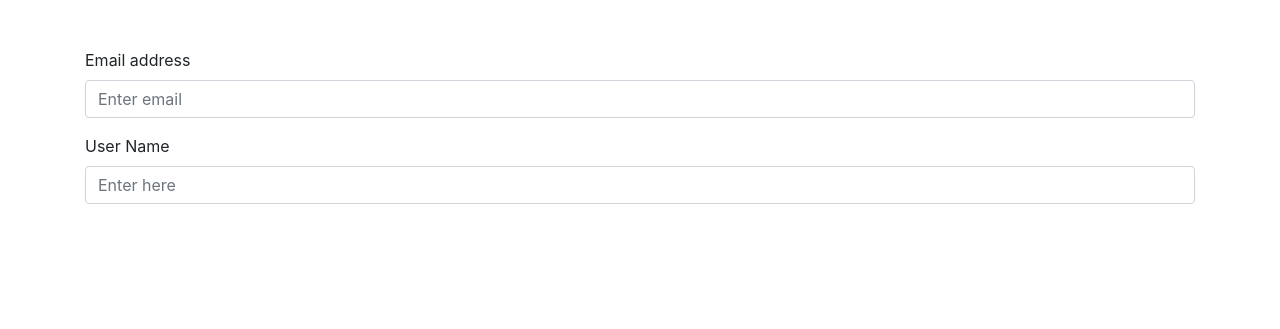
Repository: priyaadya/spring-practice-codes
Page: http://localhost/mvcspring/contact
The author's editor kept a copy of each file at every save. The page is drawn from the files as they stood at one save, then again after the next save.
The browser window is 1280 px wide. The pictures show the whole page.
Some web libraries are served in a nearby version. The page is served by Tomcat 9. Other server files are loaded and not shown.

Above is the page before, as saved 2023-06-04 05:49:39.

### mvcspring/src/main/webapp/WEB-INF/spring-servlet.xml
<?xml version="1.0" encoding="UTF-8"?>
<beans xmlns="http://www.springframework.org/schema/beans"
       xmlns:xsi="http://www.w3.org/2001/XMLSchema-instance"
       xmlns:p="http://www.springframework.org/schema/p"
       xmlns:context="http://www.springframework.org/schema/context"
       xsi:schemaLocation="http://www.springframework.org/schema/beans
            http://www.springframework.org/schema/beans/spring-beans.xsd
            http://www.springframework.org/schema/context
            http://www.springframework.org/schema/context/spring-context-3.0.xsd">


            <context:component-scan base-package="mvcspring"></context:component-scan>

            <bean class="org.springframework.web.servlet.view.InternalResourceViewResolver" name="viewResolver">
            <property name="prefix" value="/WEB-INF/views/"></property>
            <property name="suffix" value=".jsp"></property>
            </bean>





</beans>

### mvcspring/src/main/webapp/WEB-INF/views/contact.jsp
<%@ page language="java" contentType="text/html; charset=ISO-8859-1"
    pageEncoding="ISO-8859-1"%>
<!doctype html>
<html lang="en">
  <head>
    <!-- Required meta tags -->
    <meta charset="utf-8">
    <meta name="viewport" content="width=device-width, initial-scale=1, shrink-to-fit=no">

    <!-- Bootstrap CSS -->
    <link rel="stylesheet" href="https://cdn.jsdelivr.net/npm/bootstrap@4.0.0/dist/css/bootstrap.min.css" integrity="sha384-Gn5384xqQ1aoWXA+058RXPxPg6fy4IWvTNh0E263XmFcJlSAwiGgFAW/dAiS6JXm" crossorigin="anonymous">

    <title>Hello, world!</title>
  </head>
  <body>

<div class="container mt-5">
<form>

  <div class="form-group">
    <label for="exampleInputEmail1">Email address</label>
    <input type="email" class="form-control" id="exampleInputEmail1" aria-describedby="emailHelp" placeholder="Enter email">
  </div>
<div class="form-group">
    <label for="userName">User Name</label>
    <input type="text" class="form-control" id="userName" placeholder="Enter here">
  </div>

</form>
</div>


    <!-- Optional JavaScript -->
    <!-- jQuery first, then Popper.js, then Bootstrap JS -->
    <script src="https://code.jquery.com/jquery-3.2.1.slim.min.js" integrity="sha384-KJ3o2DKtIkvYIK3UENzmM7KCkRr/rE9/Qpg6aAZGJwFDMVNA/GpGFF93hXpG5KkN" crossorigin="anonymous"></script>
    <script src="https://cdn.jsdelivr.net/npm/popper.js@1.12.9/dist/umd/popper.min.js" integrity="sha384-ApNbgh9B+Y1QKtv3Rn7W3mgPxhU9K/ScQsAP7hUibX39j7fakFPskvXusvfa0b4Q" crossorigin="anonymous"></script>
    <script src="https://cdn.jsdelivr.net/npm/bootstrap@4.0.0/dist/js/bootstrap.min.js" integrity="sha384-JZR6Spejh4U02d8jOt6vLEHfe/JQGiRRSQQxSfFWpi1MquVdAyjUar5+76PVCmYl" crossorigin="anonymous"></script>
  </body>
</html>

### mvcspring/src/main/java/mvcspring/controller/ContactController.java
package mvcspring;

import org.springframework.stereotype.Controller;
import org.springframework.web.bind.annotation.RequestMapping;


@Controller
public class ContactController {

	@RequestMapping("/contact")
	public String showForm() {
		return "contact";

	}

}

### mvcspring/src/main/java/mvcspring/controller/HomeController.java
package mvcspring;

import java.time.LocalDateTime;
import java.util.ArrayList;
import java.util.List;

import org.springframework.stereotype.Controller;
import org.springframework.ui.Model;
import org.springframework.web.bind.annotation.RequestMapping;
import org.springframework.web.bind.annotation.RequestMethod;
import org.springframework.web.servlet.ModelAndView;

@Controller
@RequestMapping(path="/home",method=RequestMethod.GET)
public class HomeController {


	@RequestMapping("/home")
	public String home(Model model)
	{
		System.out.println("this is home url");
		model.addAttribute("name", "priya");
		model.addAttribute("id", 1234);
		List<String> friends=new ArrayList<String>();
		friends.add("arya");
		friends.add("avi");
		friends.add("sharan");
		friends.add("punit");

		model.addAttribute("f", friends);
		return "index";
	}

	@RequestMapping("/about")
	public String about() {
		System.out.println("this is about controller");
		return "about";

	}

	@RequestMapping("/help")
	public ModelAndView help() {
		System.out.println("This is help controller");


		//creating the ModelAnd View object
		ModelAndView modelAndView=new ModelAndView();

		//Setting the data
		modelAndView.addObject("name", "adya");
		modelAndView.addObject("rollnumber", 1234);
		LocalDateTime now=LocalDateTime.now();
	modelAndView.addObject("time", now);

	List<Integer>list=new ArrayList<Integer>();
	list.add(12);
	list.add(13);
	list.add(14);
	list.add(15);
	list.add(16);

	modelAndView.addObject("marks", list);

		//setting the viewname
		modelAndView.setViewName("help");
		return modelAndView ;

	}

}

After the next save:
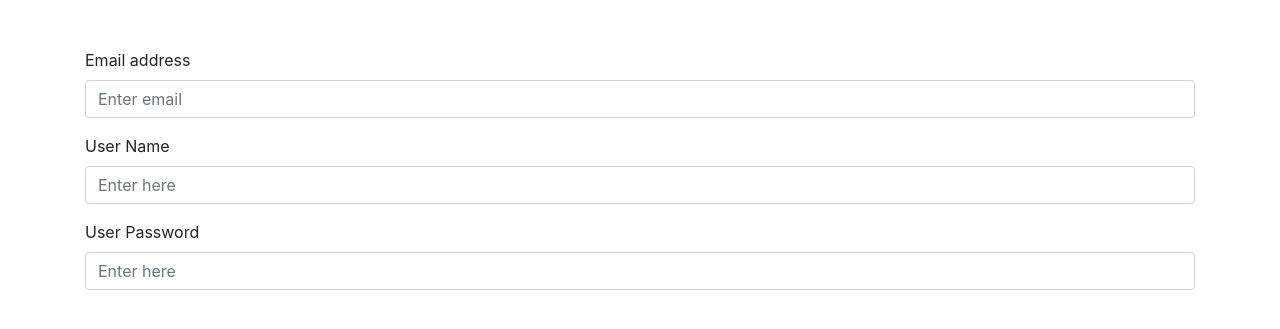
Saved 74 s later.
--- a/mvcspring/src/main/webapp/WEB-INF/views/contact.jsp
+++ b/mvcspring/src/main/webapp/WEB-INF/views/contact.jsp
@@ -26,6 +26,12 @@
     <input type="text" class="form-control" id="userName" placeholder="Enter here">
   </div>
 
+  <div class="form-group">
+    <label for="userPassword">User Password</label>
+    <input type="text" class="form-control" id="userPassword" placeholder="Enter here">
+  </div>
+
+
 </form>
 </div>
 
